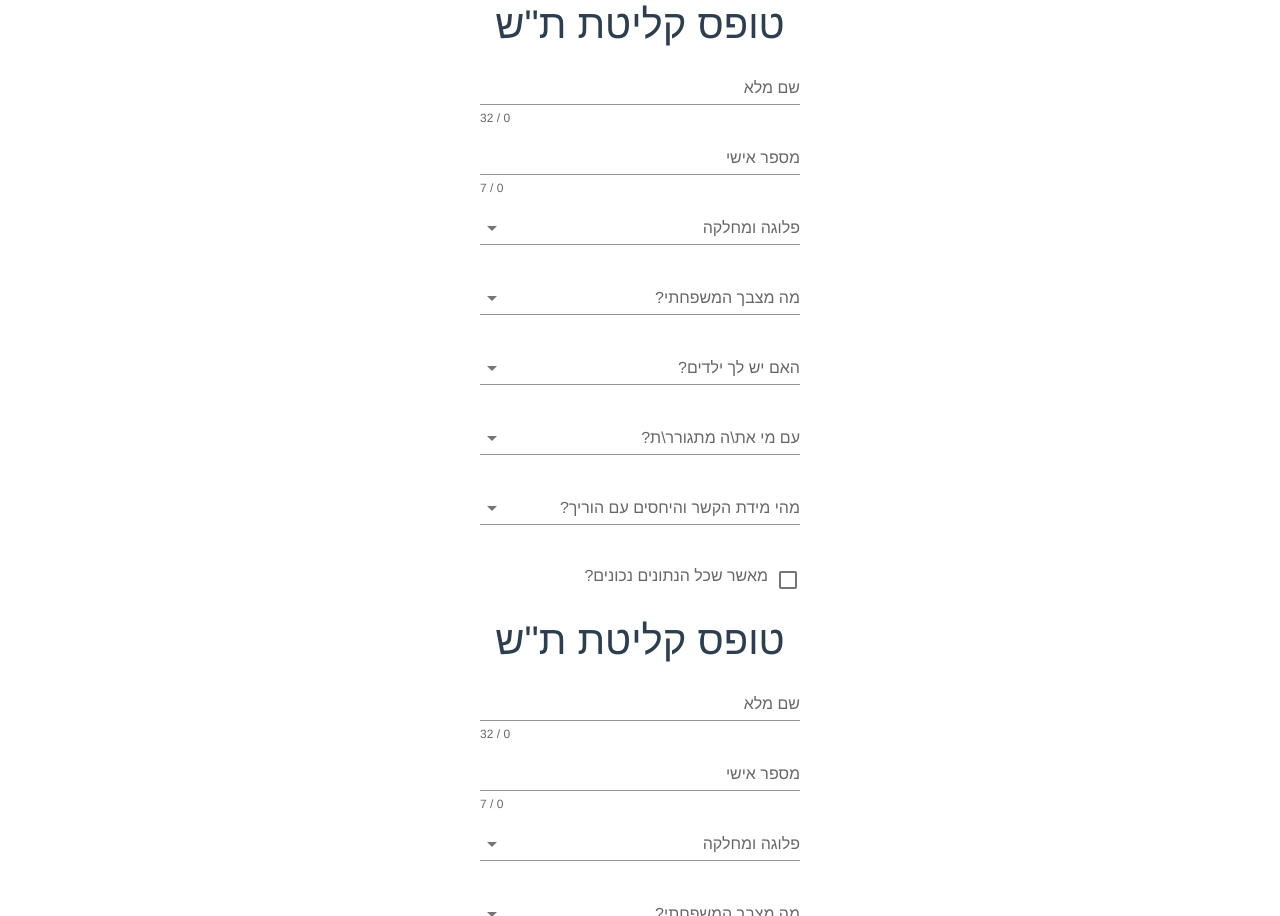
Repository: Natanhel/klitat-tash
Page: /
The author's editor kept a copy of each file at every save. The page is drawn from the files as they stood at one save, then again after the next save.
The browser window is 1280 px wide. The pictures show the whole page.
The page's requests for data from a server got no answer. The project was rebuilt for these pictures with package versions that can differ from the ones it lists, and the page was loaded fresh each time. No one was signed in, and anything a server would have sent is missing. Also part of the build but not shown: vue.config.js.

Above is the page before, as saved 2020-12-02 13:33:52.

### src/App.vue
<template>

  <div id="app">
    <link rel="stylesheet" href="https://stackpath.bootstrapcdn.com/bootstrap/4.3.1/css/bootstrap.min.css" />
    <v-app>

      <h1>טופס קליטת ת"ש</h1>

      <v-form
        ref="form"
        v-model="valid"
        lazy-validation
      >
        <v-text-field
          v-model="name"
          :counter="32"
          :rules="nameRules"
          label="שם מלא"
          required
        ></v-text-field>

        <v-text-field
          v-model="pernr"
          :counter="7"
          :rules="pernrRules"
          label="מספר אישי"
          required
        ></v-text-field>

        <v-select
          v-model="select"
          :items="items"
          :rules="[v => !!v || 'נדרש להזין פלוגה ומחלקה']"
          label="פלוגה ומחלקה"
          required
        ></v-select>

        <v-select
          v-model="familySelect"
          :items="familyItems"
          :rules="[v => !!v || 'נדרש להזין מצב משפחתי']"
          label="מה מצבך המשפחתי?"
          required
        ></v-select>

        <v-select
          v-model="haveKidsSelect"
          :items="haveKidsItems"
          :rules="[v => !!v || 'נדרש להזין']"
          label="האם יש לך ילדים?"
          required
        ></v-select>

        <v-select
          v-model="livingWithSelect"
          :items="livingWithItems"
          :rules="[v => !!v || 'נדרש להזין']"
          label="עם מי את\ה מתגורר\ת?"
          required
        ></v-select>

        <v-select
          v-model="parentsStatusSelect"
          :items="parentsStatusItems"
          :rules="[v => !!v || 'נדרש להזין']"
          label="מהי מידת הקשר והיחסים עם הוריך?"
          required
        ></v-select>

        <v-checkbox
          v-model="checkbox"
          :rules="[v => !!v || 'עליך לאשר על מנת להמשיך!']"
          label="מאשר שכל הנתונים נכונים?"
          required
        ></v-checkbox>

      <div class="upload">

        <!-- <v-file-input
                id="input-files" v-model="files" show-size counter  chips label="העלאת קבצים"></v-file-input>

        <v-btn
          color="blue"
          class="mr-4"
          @click="uploadFile"
        >
          העלה קובץ
        </v-btn> -->
        <iframe src="http://localhost:3000/" frameborder="0" style="width: 400px; height: 300px"></iframe>
      </div>

      </v-form>
    </v-app>
  </div>
</template>


    <script src="https://stackpath.bootstrapcdn.com/bootstrap/4.3.1/js/bootstrap.bundle.min.js"></script>
    <script src="https://code.jquery.com/jquery-3.4.1.min.js"></script>
    <script>
      $(document).ready(function() {
        let imagesPreview = function(input, placeToInsertImagePreview) {
          if (input.files) {
            let filesAmount = input.files.length;
            for (i = 0; i < filesAmount; i++) {
              let reader = new FileReader();
              reader.onload = function(event) {
                $($.parseHTML("<img>"))
                  .attr("src", event.target.result)
                  .appendTo(placeToInsertImagePreview);
              };
              reader.readAsDataURL(input.files[i]);
            }
          }
        };
        $("#input-files").on("change", function() {
          imagesPreview(this, "div.preview-images");
        });
      });
    </script>

<script>
// import mongoose from 'mongoose';
import axios from 'axios';

export default {
  name: 'App',
  mounted(){
    this.mongooseConnect()
    this.loginUser()
  },

  data: () => ({

    familySelect: '',
    haveKidsSelect: '',
    livingWithSelect: '',
    parentsStatusSelect: '',

    userToken: '',
    files: null,
    valid: true,
    name: '',
    nameRules: [
      v => !!v || 'נדרש להזין שם',
      v => !(v && v.length <= 4) || 'על השם להיות ארוך מ-4 תווים',
    ],
    pernr: '',
    pernrRules: [
      v => !!v || 'נדרש להזין מספר אישי',
      v => !(v.length !== 7) || 'על המספר להיות בדיוק 7 תווים'
    ],
    select: null,
    items: [
      'ו1',
      'ו2',
      'ו3',
      'ו4',
      'ו5',
    ],
    familyItems: [
      'רווק/ה',
      'נשוי/ה',
      'גרוש/ה'
    ],
    haveKidsItems: [
      'כן', 'לא'
    ],
    livingWithItems: [
      'מתוגרר/ת עם ההורים (אחד מהם לפחות)',
      'איני מתגורר/ת עם ההורים'
    ],
    parentsRelationsItems: [
      'בקשר עם שניהם ויחסים תקינים',
      'בקשר וביחסיפ תקינים (רק עם אחד מהם)',
      'בקשר עם שניהם/אחד מהם ומערכת יחסים רעועה',
      'לא בקשר בכלל'
    ],
    parentsStatusItems: [
      'נשואים',
      'גרושים',
      'פרודים',
      'אלמנ/ה',
      'רווק/ה'
    ],
    checkbox: false,
  }),
  methods: {
    loginUser(){

    // login
    const data = JSON.stringify({"password":"passward","email":"natanhelp@gmail.com"});

    const config = {
      method: 'post',
      url: 'https://nat-task-manager.herokuapp.com/users/login',
      headers: {
        'Content-Type': 'application/json'
      },
      data : data
    };

    axios(config)
      .then((response) => {
        this.userToken = response.data.token
      })
      .catch((error) => {
        console.log(error);
      })
    },
    validate () {
      this.$refs.form.validate()
    },
    uploadFile() {
      // document.ready(function() {
        let imagesPreview = function(input, placeToInsertImagePreview) {
          if (input.files) {
            let filesAmount = input.files.length;
            for (let i = 0; i < filesAmount; i++) {
              let reader = new FileReader();
              reader.onload = function(event) {
                document.parseHTML("<img>")
                  .attr("src", event.target.result)
                  .appendTo(placeToInsertImagePreview);
              };
              reader.readAsDataURL(input.files[i]);
            }
          }
        };
        document.getElementById("input-files").on("change", function() {
          imagesPreview(this, "div.preview-images");
        });
      // });
    },
    getFile(){

    },
    mongooseConnect(){
      // const connectionURL = process.env.MONGODB_URL
      // const connectionURL = 'mongodb+srv://taskapp:v1s774roecm@cluster0.r2ica.mongodb.net/test'

      // mongoose.connect(connectionURL, {
      //   useNewUrlParser: true,
      //   useCreateIndex: true,
      //   useUnifiedTopology: true,
      //   useFindAndModify: false
      // })
    }
  },
}
</script>

<style>
#app {
  font-family: Avenir, Helvetica, Arial, sans-serif;
  -webkit-font-smoothing: antialiased;
  -moz-osx-font-smoothing: grayscale;
  text-align: center;
  color: #2c3e50;
  margin-top: 60px;
}

form
{
  width: 20rem;
}

#app
{
  padding: 0; margin: 0;
  display: flex;
  align-items: center;
  justify-content: center;
  background-color: transparent;
}

.v-btn
{
  width: 100px;
}

.btn-group{
  width: 100%;
  padding: 10px;
}

.upload
{
  display: flex;
  flex-direction: row;
  width: 100%;
}

@media screen and (max-width: 500px) {
  .upload
  {
    flex-direction: column;
    width: 100%;
    justify-content: center;
    align-items: center;
  }
  .v-input
  {
    width: 20rem;
  }
}

      div.preview-images > img {
        width: 30%;
      }
</style>

### src/plugins/vuetify.js
import Vue from 'vue';
import Vuetify from 'vuetify/lib';

Vue.use(Vuetify);

export default new Vuetify({
    rtl: true,
});

Loaded but not shown: public/index.html (common file); src/main.js (common file)

After the next save:
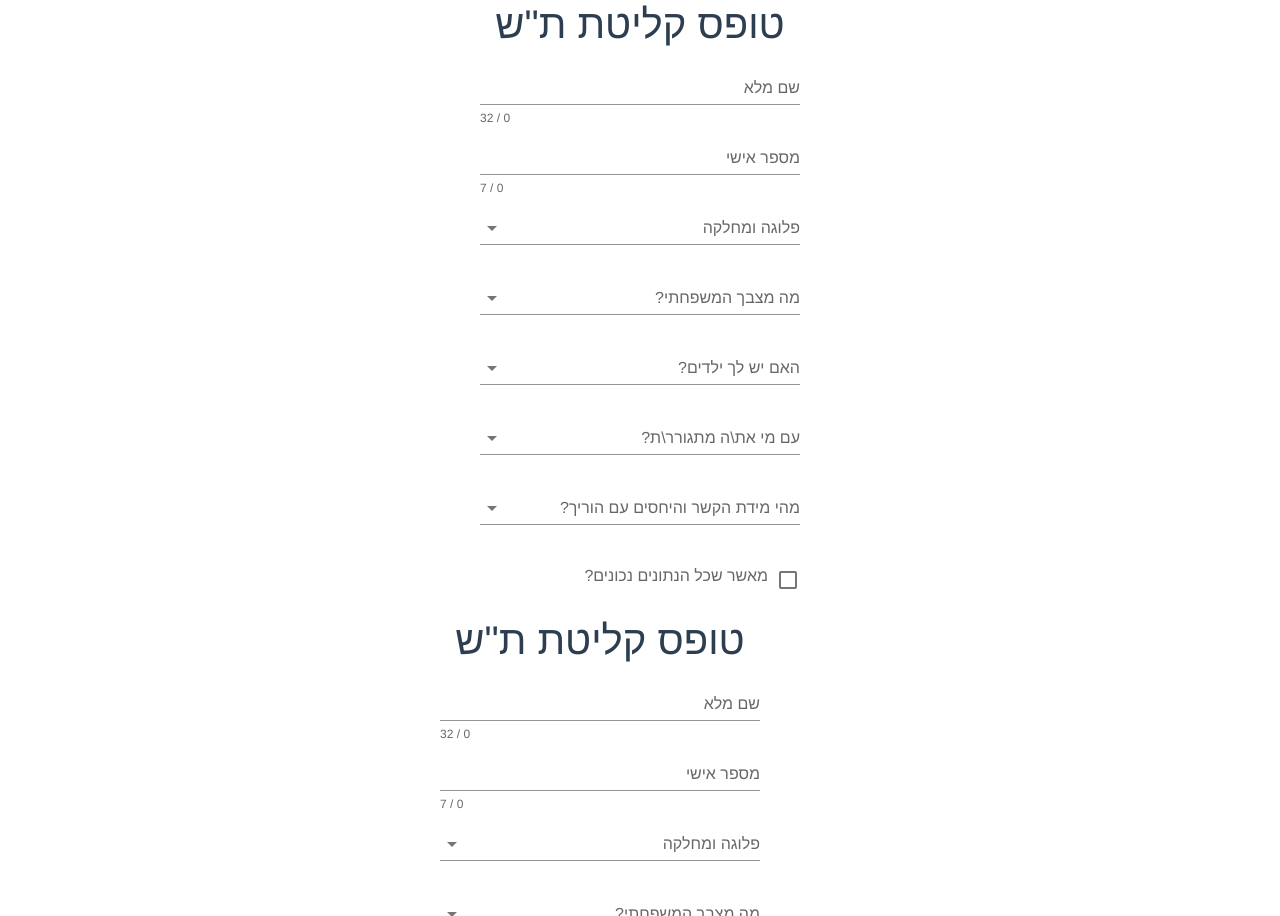
Saved 11 s later.
--- a/src/App.vue
+++ b/src/App.vue
@@ -288,7 +288,7 @@ form
 {
   display: flex;
   flex-direction: row;
-  width: 100%;
+  width: 100vw;
 }
 
 @media screen and (max-width: 500px) {
